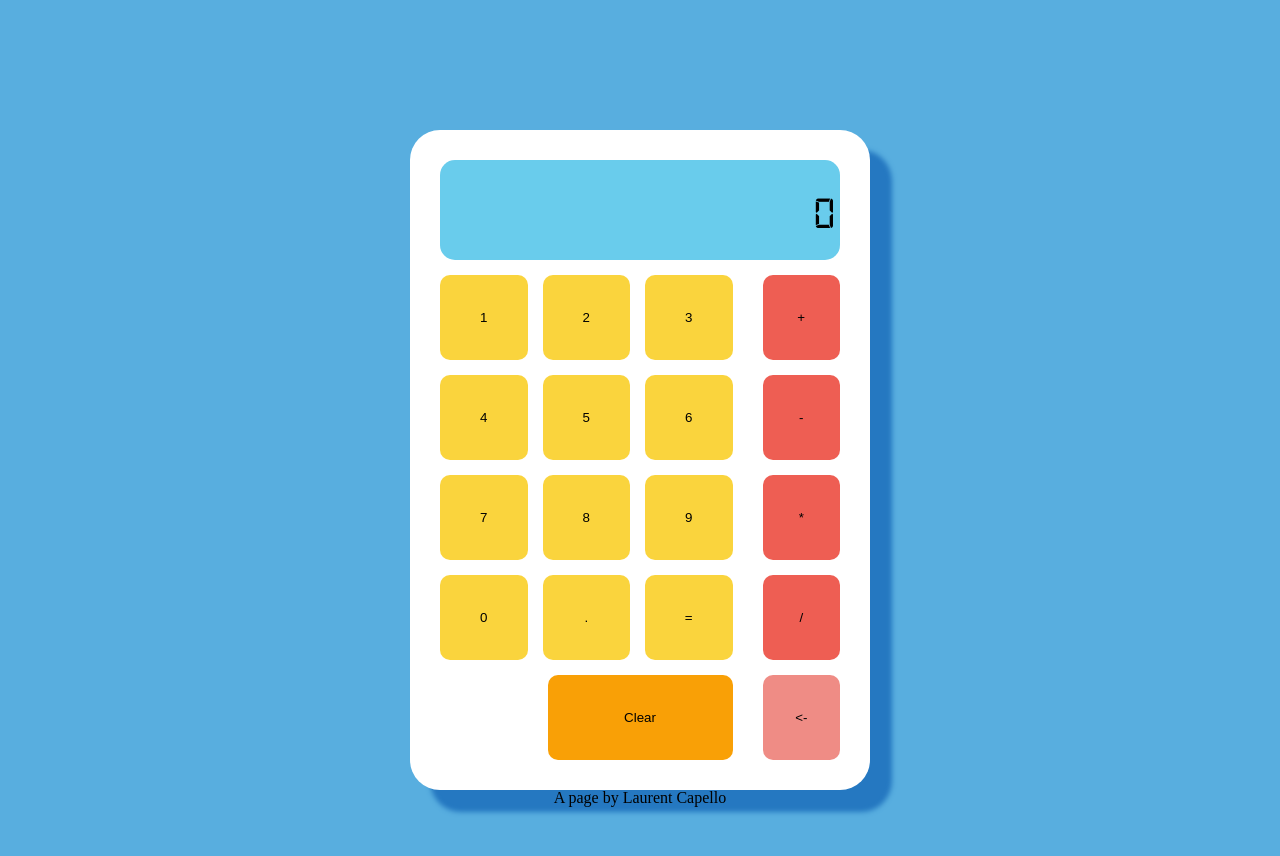
Repository: sokafootball/js-calculator
Page: index.html
An editor plug-in stored every save of this project. The page is shown before and after the next save, followed by the edit.
The browser window is 1280 px wide. The pictures show the whole page.

Above is the page before, as saved 2020-05-06 20:26:10.

After the next save:
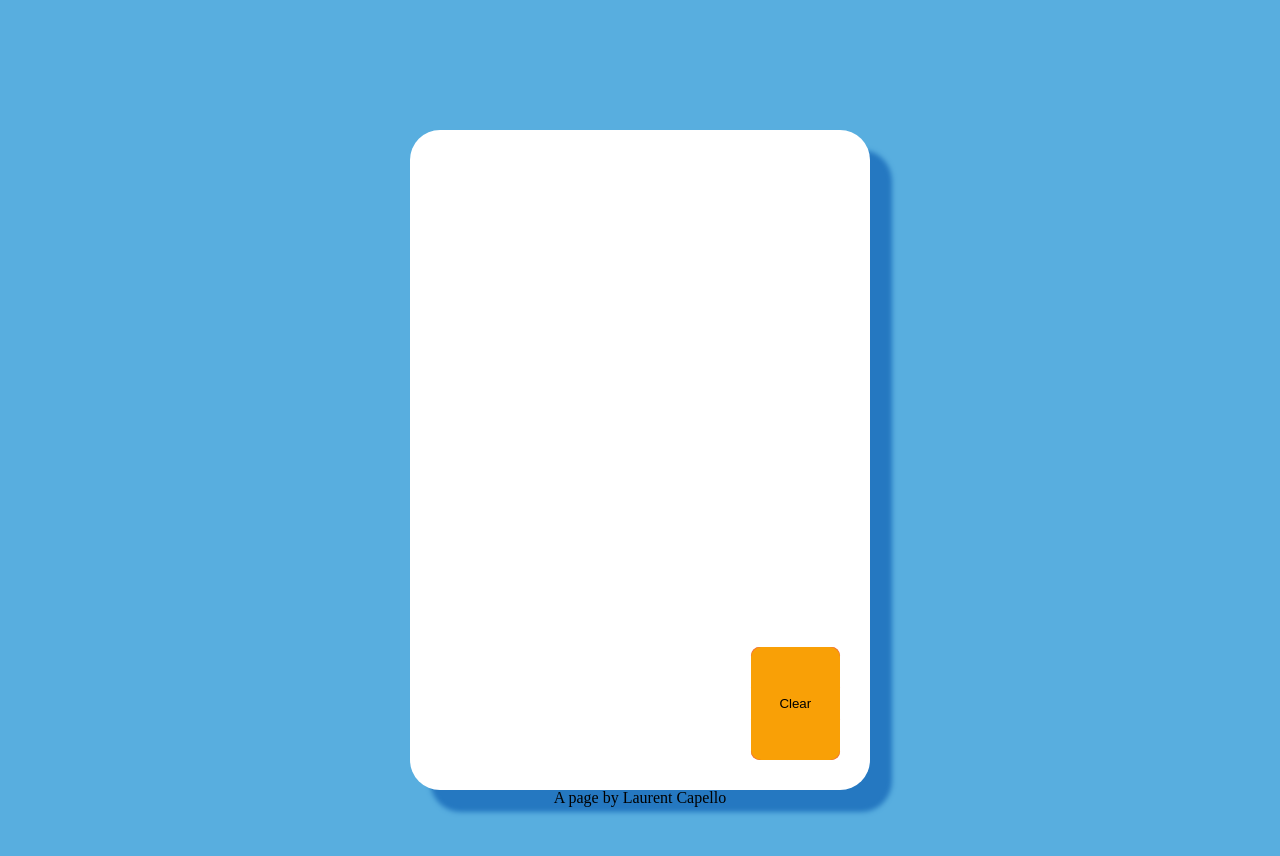
Saved 11 s later.
--- a/style.css
+++ b/style.css
@@ -40,7 +40,7 @@
     "numpad numpad numpad operators"
     "numpad numpad numpad operators"
     "numpad numpad numpad operators"
-    "numpad numpad numpad operators"
+    "numpad numpad clear operators"
     ". clear clear backspace";
   grid-template-columns: repeat(4, 1fr);
   grid-template-rows: 100px repeat(5, 1fr); /*first row is fixed to stop the border animation from taking space from other rows*/

After the 2 saves that followed:
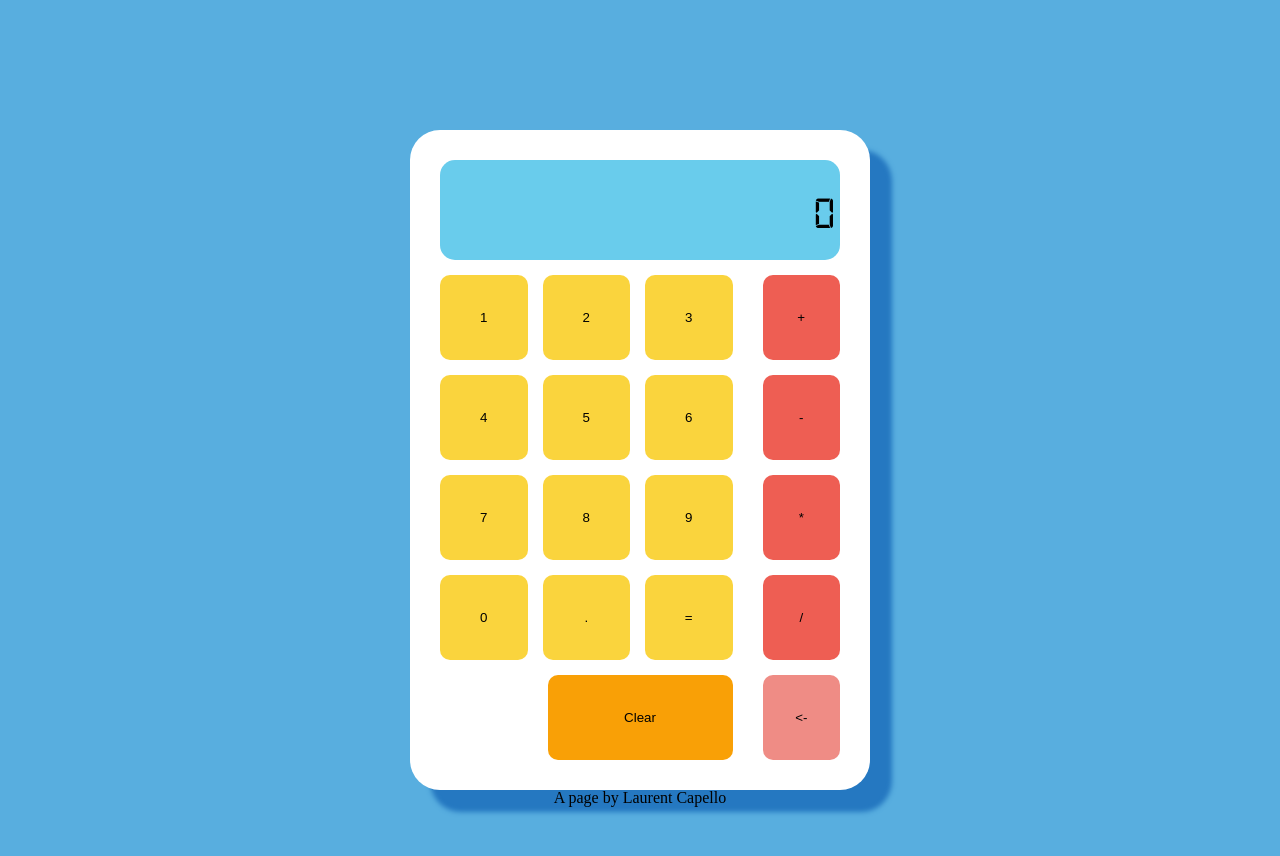
The 2 saves are shown as one change because 1 left the picture as it was.
The last was saved 17 s later.
--- a/style.css
+++ b/style.css
@@ -40,7 +40,7 @@
     "numpad numpad numpad operators"
     "numpad numpad numpad operators"
     "numpad numpad numpad operators"
-    "numpad numpad clear operators"
+    "numpad numpad numpad operators"
     ". clear clear backspace";
   grid-template-columns: repeat(4, 1fr);
   grid-template-rows: 100px repeat(5, 1fr); /*first row is fixed to stop the border animation from taking space from other rows*/
